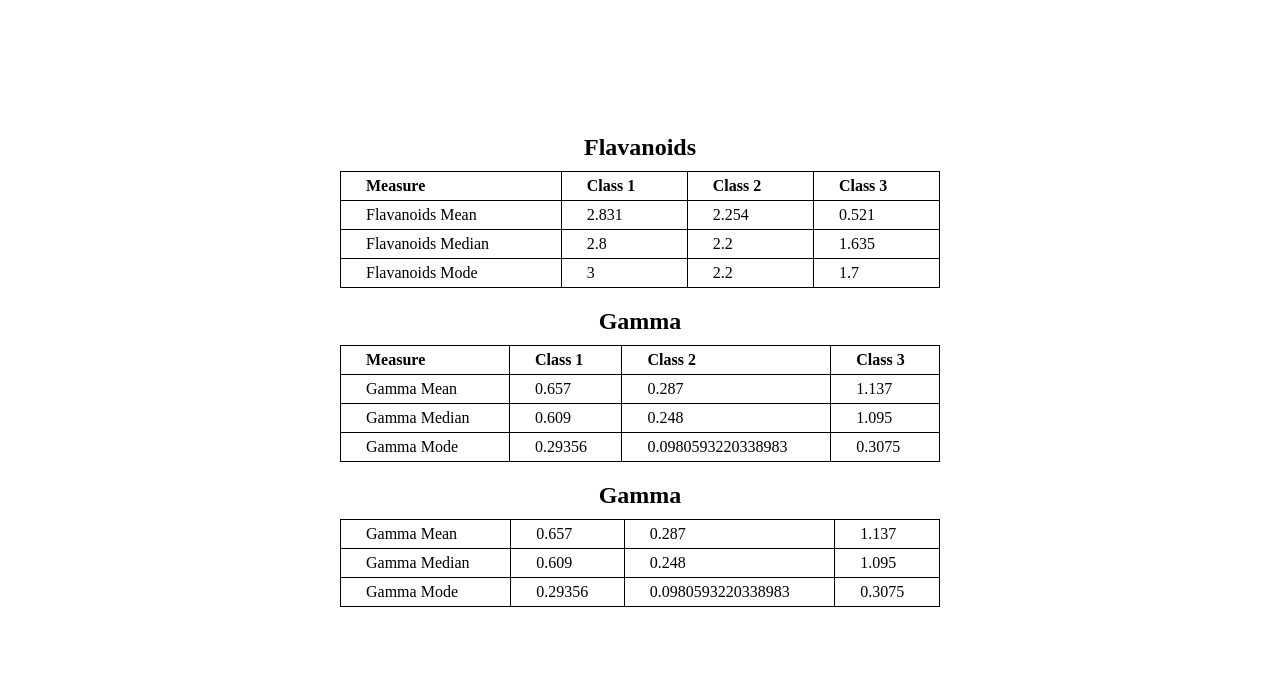
Repository: Rahul6395/WineAlcohol-Calculate
Page: /
These files come from the project's save history. The page is drawn as it stood at one moment and after the next save; the edit follows.
The browser window is 1280 px wide. The pictures show the whole page.
The project was rebuilt for these pictures with package versions that can differ from the ones it lists, and the page was loaded fresh each time.

Above is the page before, as saved 2023-05-27 12:12:09.

### src/App.js

import Flavonoid from "./component/Flavonoid";
import GammaTable from "./component/GammaTable";
import "./App.css"
import Gamma from "./component/Gamma"

function App() {
  return (
    <div className="App">
     {/* <Tables/> */}
     <Flavonoid/>
     <GammaTable/>
     <Gamma/>
    </div>
  );
}

export default App;

### src/component/Flavonoid.js
import React,{useState,useEffect} from 'react';
import data from "../json/data.json"
// import "./css/style.css"


function Flavonoid() {

const [value ,setValue] = useState([])

useEffect(()=>{
    for(let i=0;i<data.length;i++){
        setValue(value=>[...value,data[i].Alcohol])
    }
},[])
//Get All Alcohol
const alcohol = new Set(value);
console.log("Alcohol",[...alcohol])

  const classNames = [...alcohol]; // Replace with your actual class names

//Mean Rahul
function mean(data,classN){
  let dataFilter=data.filter((data)=>data.Alcohol === classN)
  let reduce = dataFilter.reduce((a,b)=>a+b.Flavanoids,0)
  console.log("reduce",reduce)
  return parseInt(reduce)/dataFilter.length
}


 classNames.map((classN)=>{
 console.log("mean(data,classN)",mean(data,classN))
} )










  //Mean
  function calculateMean(data, className) {
    const filteredData = data.filter(item => item.Alcohol === className);
    const sum = filteredData.reduce((acc, item) => acc + item.Flavanoids, 0);
    return parseInt(sum) / filteredData.length;
  }

//   Median
  function calculateMedian(data, className) {
    const filteredData = data.filter(item => item.Alcohol === className);
    const sortedData = filteredData.sort((a, b) => a.Flavanoids - b.Flavanoids);
    const midIndex = Math.floor(sortedData.length / 2);
    if (sortedData.length % 2 === 0) {
      return (sortedData[midIndex - 1]?.Flavanoids + sortedData[midIndex]?.Flavanoids) / 2;
    } else {
      return sortedData[midIndex].Flavanoids;
    }
  }

//   Mode
  function calculateMode(data, className) {
    const filteredData = data.filter(item => item.Alcohol === className);
    const counts = {};
    filteredData.forEach(item => {
      counts[item.Flavanoids] = counts[item.Flavanoids] ? counts[item.Flavanoids] + 1 : 1;
    });
    let mode;
    let maxCount = 0;
    for (const value in counts) {
      if (counts[value] > maxCount) {
        mode = value;
        maxCount = counts[value];
      }
    }
    return mode;
  }

  return (
    <> <h2 className='heading'>Flavanoids</h2>
    <table>
      <thead>
        <tr>
          <th>Measure</th>
          {classNames.map(className => <th key={className}>Class {className}</th>)}
        </tr>
      </thead>
      <tbody>
        <tr>
          <td>Flavanoids Mean</td>
          {classNames.map(className => <td key={className}>{calculateMean(data, className).toFixed(3)}</td>)}
        </tr>
        <tr>
          <td>Flavanoids Median</td>
          {classNames.map(className => <td key={className}>{calculateMedian(data, className)}</td>)}
        </tr>
        <tr>
          <td>Flavanoids Mode</td>
          {classNames.map(className => <td key={className}>{calculateMode(data, className)}</td>)}
        </tr>
      </tbody>
    </table>
    </>
  );
}

export default Flavonoid;

### src/component/GammaTable.js
import React from 'react';
import data from "../json/data.json"

const GammaTable = () => {

  // Function to calculate class-wise mean, median, and mode of Gamma
  const calculateGammaStats = () => {
    // Calculate Gamma for each point and group by class
    const gammaByClass = {};
    console.log("gammaStats",gammaByClass)
    data.forEach((point) => {
      const { Alcohol, Ash, Hue, Magnesium } = point;
      const gamma = (Ash * Hue) / Magnesium;

      if (gammaByClass[Alcohol]) {
        gammaByClass[Alcohol].push(gamma);
      } else {
        gammaByClass[Alcohol] = [gamma];
      }
    });

    // Calculate mean, median, and mode for each class
    const statsByClass = Object.entries(gammaByClass).map(([className, gammaValues]) => {
      // Mean
        // console.log("calculateMeangammaValues",gammaValues)
      const mean = gammaValues.reduce((sum, value) => sum + value, 0) / gammaValues.length;
      // Median
      let sortData = gammaValues.sort((a, b) => a - b);
      const midIndex = Math.floor(sortData.length / 2);
      const median = sortData.length % 2 === 0 ? (sortData[midIndex-1] +  sortData[midIndex]) / 2 : sortData[midIndex]

      // Mode
  //    let modify;
  //  let maxCount = 0;
  //  const counts = {};
  // const mode = gammaValues.sort((a, b) =>
  //       gammaValues.filter((v) => v === a)
  //     ).forEach(item => {
  //       counts[item] = counts[item] ? counts[item] + 1 : 1;
  //     });
  //     for (const value in counts) {
  //       if (counts[value] > maxCount) {
  //         modify = value;
  //         maxCount = counts[value];
  //       }
  //     }
  //     return modify;




      const mode = gammaValues.sort((a, b) =>
        gammaValues.filter((v) => v === a).length - gammaValues.filter((v) => v === b).length
      )[0];

      return {
        className,
        mean: mean.toFixed(3),
        median: median.toFixed(3),
        mode: mode,
      };
    });

    return statsByClass;
  };

  const gammaStats = calculateGammaStats();

  return (
    <div>
    <h2 className='heading'>Gamma</h2>
    <table>
      <thead>
        <tr>
          <th>Measure</th>
          {gammaStats.map((stat) => (
            <th key={stat.className}>Class {stat.className}</th>
          ))}
        </tr>
      </thead>
      <tbody>
        <tr>
          <td>Gamma Mean</td>
          {gammaStats.map((stat) => (
            <td key={stat.className}>{stat.mean}</td>
          ))}
        </tr>
        <tr>
          <td>Gamma Median</td>
          {gammaStats.map((stat) => (
            <td key={stat.className}>{console.log("stat.median",stat.median)}{stat.median}</td>
          ))}
        </tr>
        <tr>
          <td>Gamma Mode</td>
          {gammaStats.map((stat) => (
            <td key={stat.className}>{stat.mode}</td>
          ))}
        </tr>
      </tbody>
    </table>
    </div>
  );
}


export default GammaTable;

### src/component/Gamma.js
import React from 'react';
import data from "../json/data.json"

const GammaTable = () => {
    const gammaByClass = {};
    console.log("gammaStats",gammaByClass)
    data.forEach((point) => {
      const { Alcohol, Ash, Hue, Magnesium } = point;
      const gamma = (Ash * Hue) / Magnesium;

      if (gammaByClass[Alcohol]) {
        gammaByClass[Alcohol].push(gamma);
      } else {
        gammaByClass[Alcohol] = [gamma];
      }
    });

    function calculateMean( className,data) {
        // const filteredData = data.filter(item => item.Alcohol === className);
      //  console.log("data",data)
        const sum = data.reduce((acc, item) => acc + item, 0) / data.length;
      //  console.log("calculateMean",sum)
        return sum;
      }

    //   Median
      function calculateMedian( className,data,) {
        // const filteredData = data.filter(item => item.Alcohol === className);
        const sortedData = data.sort((a, b) => a - b);
        const midIndex = Math.floor(sortedData.length / 2);
        if (sortedData.length % 2 === 0) {
          return (sortedData[midIndex - 1] + sortedData[midIndex]) / 2;
        } else {
          return sortedData[midIndex];
        }
      }

    //   Mode
      function calculateMode( className,data,) {
        const counts = {};
      data.forEach(item => {
          counts[item] = counts[item]  + 1 || 1;
        });
    console.log("CCCCCCCCC",counts)
        let maxCount = 0;
        let mode = -Infinity;
        for (const value in counts) {
          const item = counts[value];
          if (item > maxCount) {
            maxCount = item;
            mode =value;

          }
        }
        // if(mode.length === Object.keys(counts).length) mode =[];
        return Number(mode);
      }


  return (
    <div>
    <h2 className='heading'>Gamma</h2>
    <table>
      <thead>
        {/* <tr>
          <th>Measure</th>
          {gammaByClass.map((className, gammaValues) => (
            <th key={stat}>Class {stat.className}</th>
          ))}
        </tr> */}
      </thead>
      <tbody>
        <tr>
          <td>Gamma Mean</td>
          {/* {red.map((className) => (
            <td>{calculateMean(green, className).toFixed(3)}</td>
          ))} */}
        {
          Object.entries(gammaByClass).map(([className, gammaValues])=>(
            <td>{calculateMean( className,gammaValues).toFixed(3)}</td>
          ))
        }
        </tr>
        <tr>
          <td>Gamma Median</td>
          {
          Object.entries(gammaByClass).map(([className, gammaValues])=>(
            <td>{calculateMedian( className,gammaValues).toFixed(3)}</td>
          ))
        }
        </tr>
        <tr>
          <td>Gamma Mode</td>
          {
          Object.entries(gammaByClass).map(([className, gammaValues])=>(
            <td>{calculateMode( className,gammaValues)}</td>
          ))
        }
        </tr>
      </tbody>
    </table>
    </div>
  );
}


export default GammaTable;

Loaded but not shown: public/index.html (common file); src/index.js (common file); src/App.css (common file); src/json/data.json (2673 lines, source omitted)

After the next save:
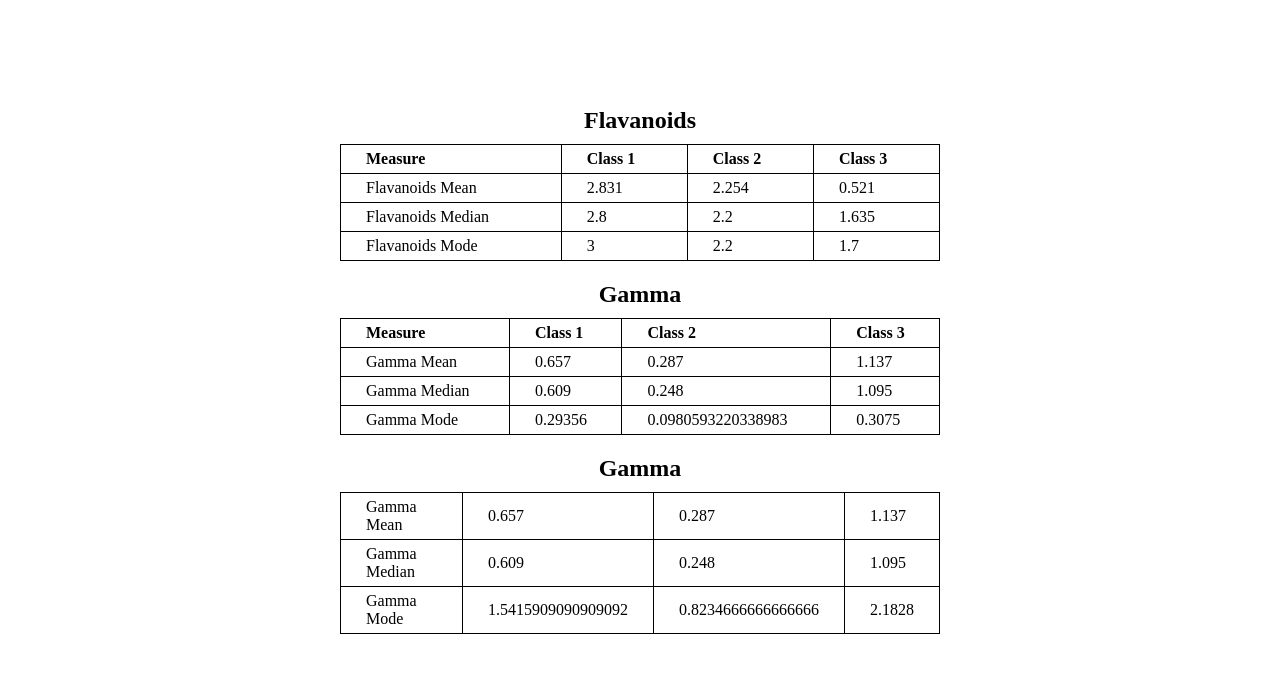
Saved 6 min 51 s later.
--- a/src/component/Gamma.js
+++ b/src/component/Gamma.js
@@ -41,19 +41,19 @@ const GammaTable = () => {
       data.forEach(item => {
           counts[item] = counts[item]  + 1 || 1;
         });
-    console.log("CCCCCCCCC",counts)
+
         let maxCount = 0;
         let mode = -Infinity;
         for (const value in counts) {
           const item = counts[value];
-          if (item > maxCount) {
+          if (item >= maxCount && Number(value) > mode) {
             maxCount = item;
-            mode =value;
+            mode =Number(value);
 
           }
         }
         // if(mode.length === Object.keys(counts).length) mode =[];
-        return Number(mode);
+        return mode;
       }
 
 
